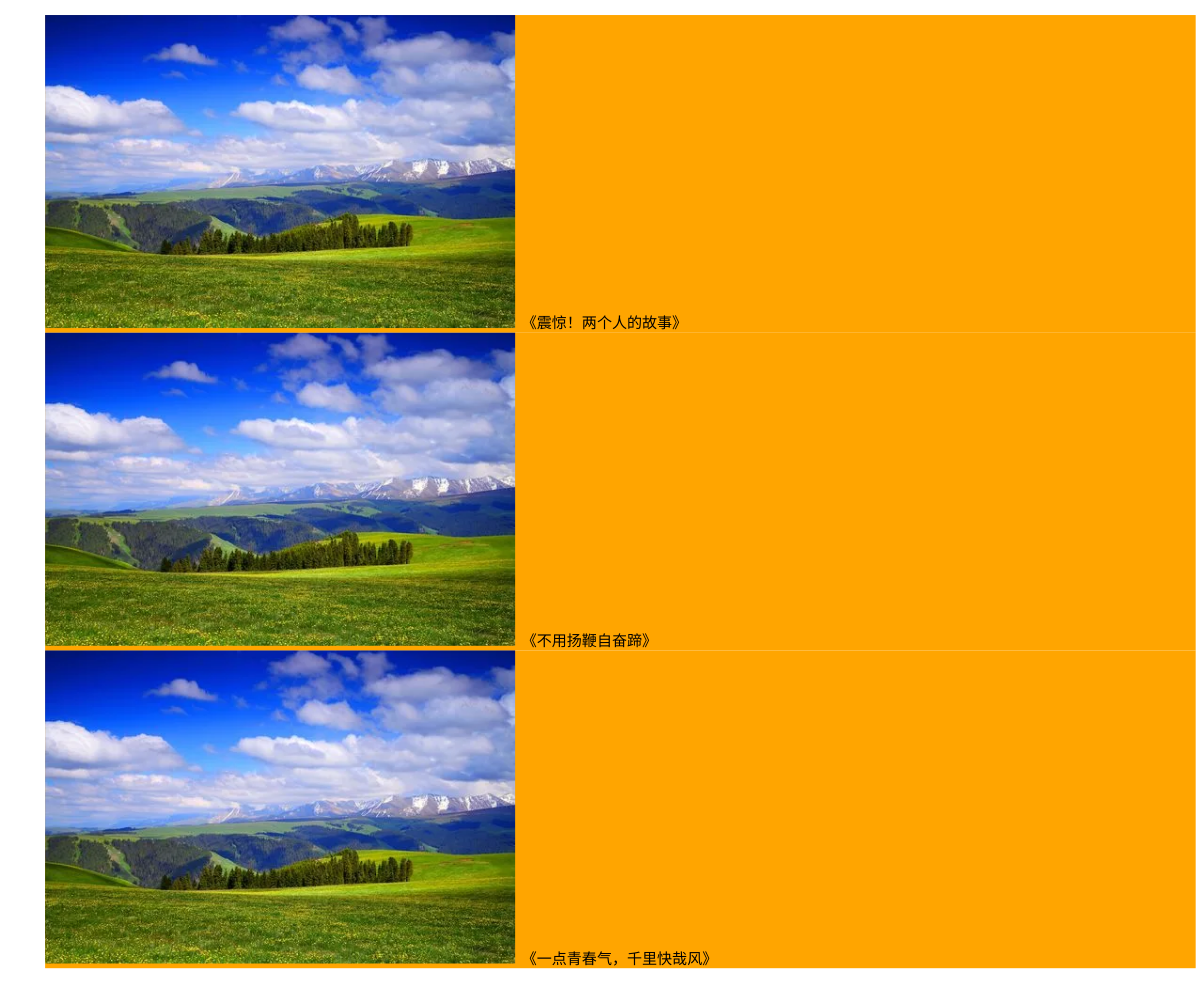
Repository: 123648923/html5-css3
Page: css/11 列表属性/列表相关属性.html
An editor plug-in stored every save of this project. The page is shown before and after the next save, followed by the edit.
The browser window is 1280 px wide. The pictures show the whole page, at 94% of full size.

Above is the page before, as saved 2023-11-06 16:03:17.

### css/11 列表属性/列表相关属性.html
<!DOCTYPE html>
<html lang="zh-CN">
<head>
    <meta charset="UTF-8">
    <title>列表相关属性</title>
    <style>
        ul{
            /* 列表符号 */
            list-style-type: decimal ;
            /* 列表符号位置 */
            list-style-position: inside;
            /* 自定义列表符号 */
            list-style-image: url("../../fj.webp");
        }
        li{
            background-color: orange;
        }
    </style>
</head>
<body>
    <ul>
        <li>《震惊！两个人的故事》</li>
        <li>《不用扬鞭自奋蹄》</li>
        <li>《一点青春气，千里快哉风》</li>
    </ul>
</body>
</html>

After the next save:
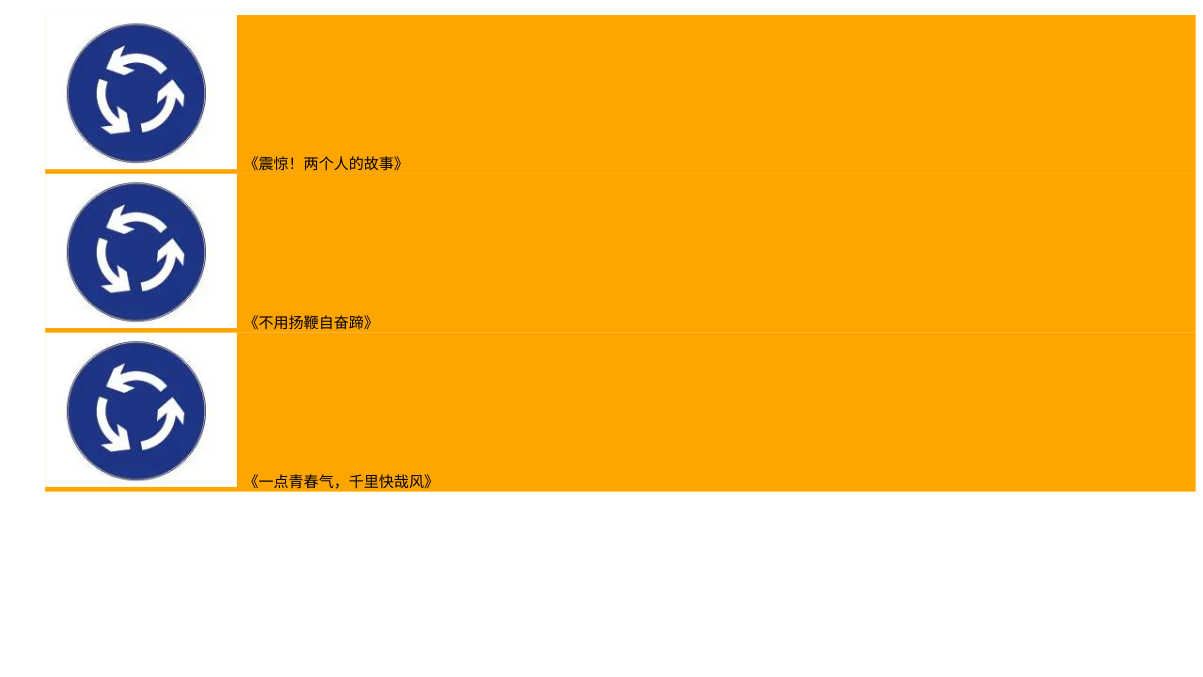
Saved 52 s later.
--- a/css/11 列表属性/列表相关属性.html
+++ b/css/11 列表属性/列表相关属性.html
@@ -10,7 +10,7 @@
             /* 列表符号位置 */
             list-style-position: inside;
             /* 自定义列表符号 */
-            list-style-image: url("../../fj.webp");
+            list-style-image: url("../../tb.webp");
         }
         li{
             background-color: orange;
